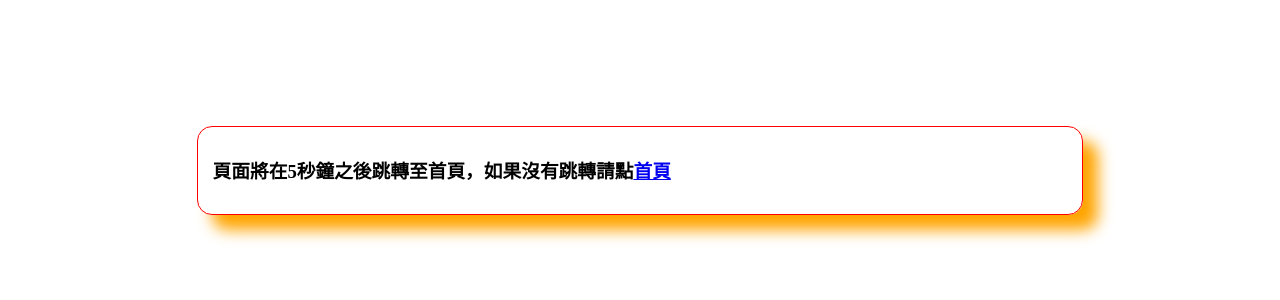
Repository: cctytw2000/JavaSecondProject
Page: http://localhost/EEIT109_35/member/jump.jsp
An editor plug-in stored every save of this project. The page is shown before and after the next save, followed by the edit.
The browser window is 1280 px wide. The pictures show the whole page.
The page is served by Tomcat 9. Other server files are loaded and not shown.

Above is the page before, as saved 2019-09-07 08:05:47.

### Member/EEIT109_35/src/main/webapp/member/jump.jsp
<%@ page language="java" contentType="text/html; charset=UTF-8"
	pageEncoding="UTF-8"%>
<!DOCTYPE html>
<html>
<head>
<meta charset="UTF-8">

<!--  <meta http-equiv="refresh" content="5;url=../home.jsp">-->
<title>Insert title here</title>
</head>
<body>

	<div style="border: 1px solid red;width:70%;height:30%;margin:10% auto;box-shadow: 15px 15px 15px orange;border-radius: 15px 15px">
	<h1>${msg}</h1>
		<h3 style="line-height: 2.5em;margin-left: 15px">
			頁面將在5秒鐘之後跳轉至首頁，如果沒有跳轉請點<a href="../home.jsp">首頁</a>
		</h3>
	</div>
</body>
</html>

After the next save:
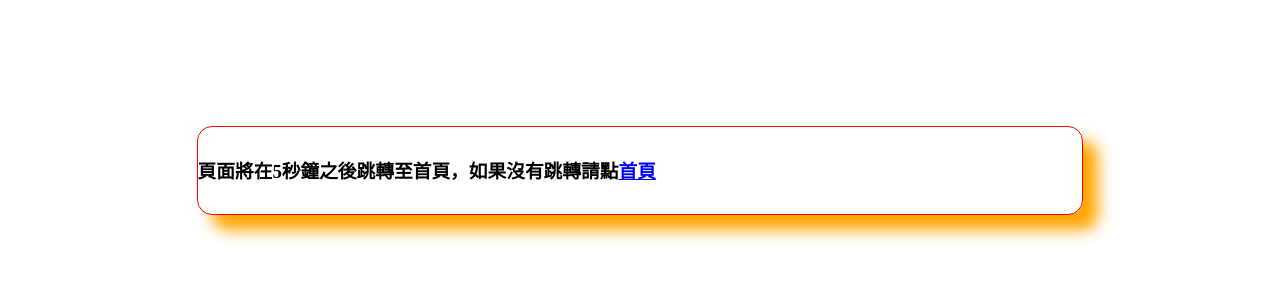
Saved 3 min 0 s later.
--- a/Member/EEIT109_35/src/main/webapp/member/jump.jsp
+++ b/Member/EEIT109_35/src/main/webapp/member/jump.jsp
@@ -10,9 +10,9 @@
 </head>
 <body>
 
-	<div style="border: 1px solid red;width:70%;height:30%;margin:10% auto;box-shadow: 15px 15px 15px orange;border-radius: 15px 15px">
+	<div style="border: 1px solid red;width:70%;height:30%;margin:10% auto;box-shadow: 15px 15px 15px orange;border-radius: 15px 15px;vertical-align: middle;">
 	<h1>${msg}</h1>
-		<h3 style="line-height: 2.5em;margin-left: 15px">
+		<h3 style="line-height: 2.5em">
 			頁面將在5秒鐘之後跳轉至首頁，如果沒有跳轉請點<a href="../home.jsp">首頁</a>
 		</h3>
 	</div>
